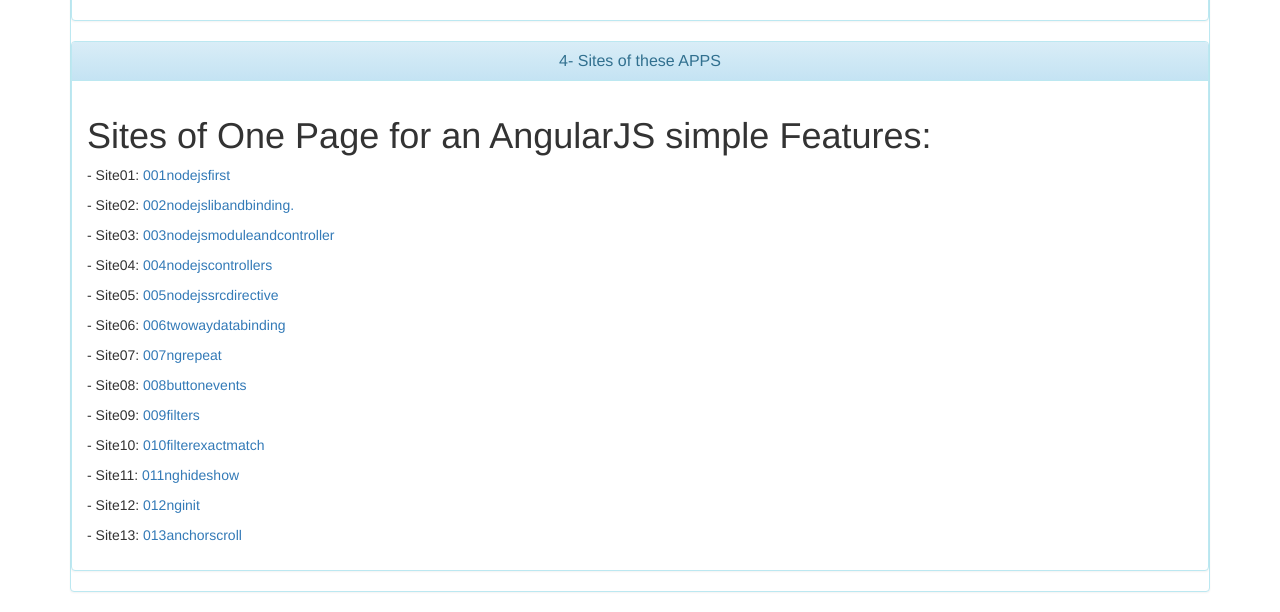
Repository: atafs/Deploy_GoogleAppEngine_webAPPS
Page: Project_002_Deploy_americotomasLIB/war/index.html
An editor plug-in stored every save of this project. The page is shown before and after the next save, followed by the edit.
The browser window is 1280 px wide. The pictures show the part of the page from y = 2322 to 2934 px (the page is 2934 px tall before and 2885 px after).

Above is the page before, as saved 2016-02-04 17:11:43.
Console error (its wording comes from the project's code and is left out).

### Project_002_Deploy_americotomasLIB/war/index.html
<!DOCTYPE html>
<html lang="en">
<head>
<meta charset="utf-8">
<meta http-equiv="X-UA-Compatible" content="IE=edge">
<meta name="viewport" content="width=device-width, initial-scale=1">
<!-- The above 3 meta tags *must* come first in the head; any other head content must come *after* these tags -->
<meta name="description" content="">
<meta name="author" content="">
<link rel="icon" href="../../favicon.ico">

<title>AmericoTomas Proj</title>

</head>
<body role="document">
	<div class="container theme-showcase" role="main">
		<!-- Main jumbotron for a primary marketing message or call to action -->
		<div style="background-color: #29a329; color: #e5e5ff" class="jumbotron">
			<h1>AngularJS, JSF, ASP.NET WS</h1>
			<p>- AngularJS(Javascript): a very popular Framework. These sites were intended to use some features of this framework. To test it´s potencial</p>
			<p>- JSF(Java Server Faces): a Front End framework. This case it is a simples login that prints the result of the data inserted in the UI components</p>
			<p>- ASP.NET WS (Microsoft): creation of a Web APP that reads from a data base (WS) a prints to an HTML page (AngularJS)</p>
			<p>- Azure (Deploy in a Microsoft platform): release the sites in Azure Microsoft </p>

			<iframe width="300" height="200" src="https://www.youtube.com/embed/videoseries?list=PLBaNeIDelX0LWugK_EMfT9q_S85-bH_qY" frameborder="0" allowfullscreen></iframe>
			<p>List with all Videos (youtube)</p>

		</div>
		<h2>
			<span class="label label-warning">Type and Description on the
				projects created this week!!</span>
		</h2>
		<div class="row-md-6">
			<table class="table table-condensed">
				<thead>
					<tr>
						<th>#</th>
						<th>Type</th>
						<th>Description</th>
					</tr>
				</thead>
				<tbody>
					<tr>
						<td>1</td>
						<td>AngularJS</td>
						<td>Javascript based. Projects that highlight some of the features of this framework </td>
					</tr>
					<tr>
						<td>2</td>
						<td>JSF</td>
						<td>A Front End Java framework based. To work on the view of the App</td>
					</tr>
					<tr>
						<td>3</td>
						<td>ASP.NET WS</td>
						<td>Another Web App. In this case, using a different IDE (visualStudio). SQL Server to store the data and a WS to retrieve it automatically. </td>
					</tr>
					<tr>
						<td>4</td>
						<td>Azure</td>
						<td>Testing the abilities of deployment of Microsoft through Azure</td>
					</tr>
				</tbody>
			</table>
		</div>
		<div class="row"></div>
		<!-- /.col-sm-4 -->
		<div class="row-sm-4"  style="text-align: center">
			<div class="panel panel-info">
				<div class="panel-heading">
					<h3 class="panel-title">1- AngularJS</h3>
				</div>
				<div class="panel-body">
					<h2>
						<span class="label label-primary" style="color: white;">FrontEnd_JS_Angular - Proj01-14</span>
					</h2>
					<iframe width="560" height="315" src="https://www.youtube.com/embed/Ko11xbZfoR0?list=PLBaNeIDelX0LWugK_EMfT9q_S85-bH_qY" frameborder="0" allowfullscreen></iframe>
			</div>

			<div class="panel panel-info">
				<div class="panel-heading">
					<h3 class="panel-title">2- Java Server Faces</h3>
				</div>
				<div class="panel-body">
					<div>
						<h2>
							<span class="label label-primary" style="color: white;">FrontEnd_Java_JSF - Proj01-02</span>
						</h2>
						<iframe width="560" height="315" src="https://www.youtube.com/embed/knD61DM7_cI?list=PLBaNeIDelX0LWugK_EMfT9q_S85-bH_qY" frameborder="0" allowfullscreen></iframe>
					</div>
				</div>
			</div>
			<div class="panel panel-info">
				<div class="panel-heading">
					<h3 class="panel-title">ASP.NET WS</h3>
				</div>
				<div class="panel-body">
					<h2>
						<span class="label label-primary" style="color: white;">BackEnd_C-Sharp_ASP_NET_WS_AngularJS - Proj01-02</span>
					</h2>
					<iframe width="560" height="315" src="https://www.youtube.com/embed/n4GIGLrWXkw?list=PLBaNeIDelX0LWugK_EMfT9q_S85-bH_qY" frameborder="0" allowfullscreen></iframe>
				</div>
			</div>
			<div class="panel panel-info">
				<div class="panel-heading">
					<h3 class="panel-title">4- Sites of these APPS</h3>
				</div>
				<div class="panel-body">
					 <div style="text-align: left">
				        <h1>Sites of One Page for an AngularJS simple Features:</h1>
				        <p> - Site01: <a href="http://americotomaslib001nodejsfirst.azurewebsites.net/">001nodejsfirst</a></p>
				        <p> - Site02: <a href="http://americotomaslib002nodejslibandbinding.azurewebsites.net/">002nodejslibandbinding.</a></p>
				        <p> - Site03: <a href="http://americotomaslib003nodejsmoduleandcontroller.azurewebsites.net/">003nodejsmoduleandcontroller</a></p>
				        <p> - Site04: <a href="http://americotomaslib004nodejscontrollers.azurewebsites.net/">004nodejscontrollers</a></p>
				        <p> - Site05: <a href="http://americotomaslib005nodejssrcdirective.azurewebsites.net/">005nodejssrcdirective</a></p>
				        <p> - Site06: <a href="http://americotomaslib006twowaydatabinding.azurewebsites.net/">006twowaydatabinding</a></p>
				        <p> - Site07: <a href="http://americotomaslib007ngrepeat.azurewebsites.net/">007ngrepeat</a></p>
				        <p> - Site08: <a href="http://americotomaslib008buttonevents.azurewebsites.net/">008buttonevents</a></p>
				        <p> - Site09: <a href="http://americotomaslib009filters.azurewebsites.net/">009filters</a></p>
				        <p> - Site10: <a href="http://americotomaslib010filterexactmatch.azurewebsites.net/">010filterexactmatch</a></p>
				        <p> - Site11: <a href="http://americotomaslib011nghideshow.azurewebsites.net/">011nghideshow</a></p>
				        <p> - Site12: <a href="http://americotomaslib012nginit.azurewebsites.net/">012nginit</a></p>
				        <p> - Site13: <a href="http://americotomaslib013anchorscroll.azurewebsites.net/">013anchorscroll</a></p>
    				</div>
				</div>
			</div>
		</div>
	</div>
	<!-- /container -->

	<!-- Latest compiled and minified CSS -->
	<link rel="stylesheet"
		href="https://maxcdn.bootstrapcdn.com/bootstrap/3.3.6/css/bootstrap.min.css"
		integrity="sha384-1q8mTJOASx8j1Au+a5WDVnPi2lkFfwwEAa8hDDdjZlpLegxhjVME1fgjWPGmkzs7"
		crossorigin="anonymous">

	<!-- Optional theme -->
	<link rel="stylesheet"
		href="https://maxcdn.bootstrapcdn.com/bootstrap/3.3.6/css/bootstrap-theme.min.css"
		integrity="sha384-fLW2N01lMqjakBkx3l/M9EahuwpSfeNvV63J5ezn3uZzapT0u7EYsXMjQV+0En5r"
		crossorigin="anonymous">

	<!-- Latest compiled and minified JavaScript -->
	<script
		src="https://maxcdn.bootstrapcdn.com/bootstrap/3.3.6/js/bootstrap.min.js"
		integrity="sha384-0mSbJDEHialfmuBBQP6A4Qrprq5OVfW37PRR3j5ELqxss1yVqOtnepnHVP9aJ7xS"
		crossorigin="anonymous"></script>
</body>
</html>

After the next save:
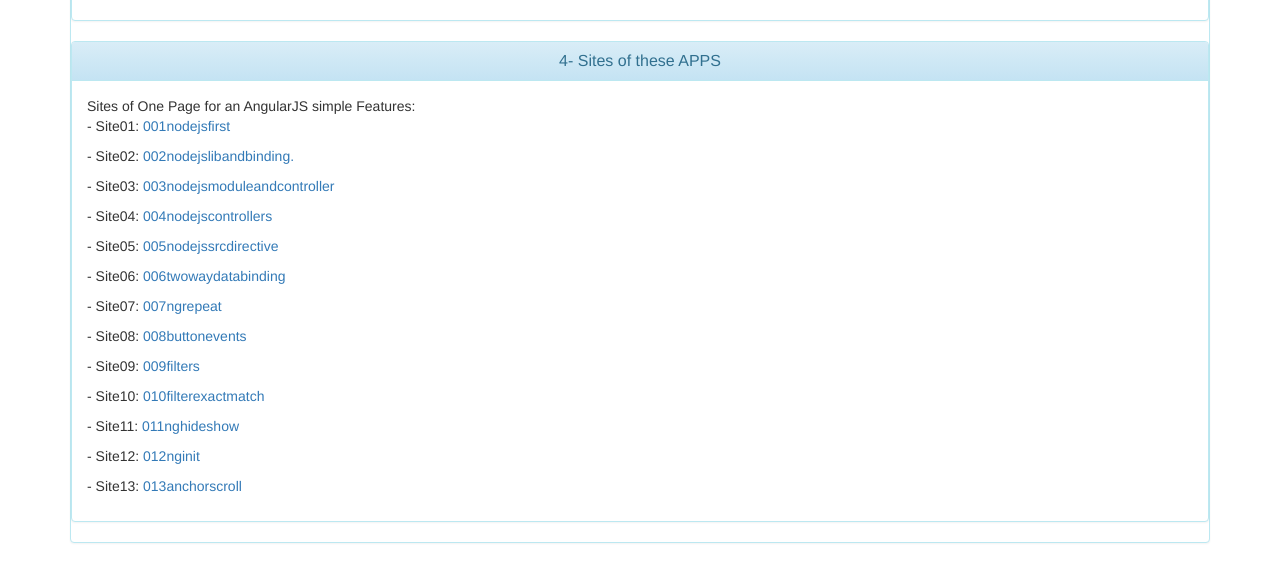
Saved 23 s later.
--- a/Project_002_Deploy_americotomasLIB/war/index.html
+++ b/Project_002_Deploy_americotomasLIB/war/index.html
@@ -107,7 +107,7 @@
 				</div>
 				<div class="panel-body">
 					 <div style="text-align: left">
-				        <h1>Sites of One Page for an AngularJS simple Features:</h1>
+				        Sites of One Page for an AngularJS simple Features:
 				        <p> - Site01: <a href="http://americotomaslib001nodejsfirst.azurewebsites.net/">001nodejsfirst</a></p>
 				        <p> - Site02: <a href="http://americotomaslib002nodejslibandbinding.azurewebsites.net/">002nodejslibandbinding.</a></p>
 				        <p> - Site03: <a href="http://americotomaslib003nodejsmoduleandcontroller.azurewebsites.net/">003nodejsmoduleandcontroller</a></p>
